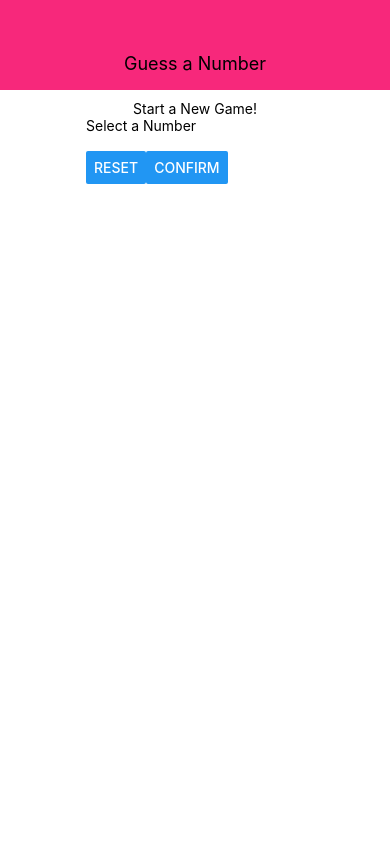
Repository: ChidiChuks/rn-second-project
Screen: / (app in second-project/)
The author's editor kept a copy of each file at every save. The screen is drawn from the files as they stood at one save, then again after the next save.
The app was drawn by React Native's web renderer in a window 390 px wide. The project was rebuilt for these pictures with package versions that can differ from the ones it lists, and the page was loaded fresh each time.

Above is the screen before, as saved 2019-10-23 13:11:29.

### second-project/App.js
import React from 'react';
import { StyleSheet, View } from 'react-native';

import Header from './components/Header';
import StartGameScreen from './screens/StartGameScreen';

export default function App() {
  return (
    <View style={styles.screen}>
      <Header title="Guess a Number" />
      <StartGameScreen />
    </View>
  );
}

const styles = StyleSheet.create({
  screen: {
    flex: 1
  }
});

### second-project/components/Header.js
import React from 'react';
import { View, Text, StyleSheet } from 'react-native';

const Header = props => {
  return (
    <View style={styles.header}>
      <Text style={styles.headerTitle}>{props.title}</Text>
    </View>
  );
};

const styles = StyleSheet.create({
  header: {
    width: '100%',
    height: 90,
    paddingTop: 36,
    backgroundColor: '#f7287b',
    alignItems: 'center',
    justifyContent: 'center'
  },
  headerTitle: {
    color: 'black',
    fontSize: 18,

  }
});

export default Header;

### second-project/screens/StartGameScreen.js
import React from 'react';
import { View, Text, StyleSheet, TextInput, Button } from 'react-native';

const StartGameScreen = props => {
  return (
    <View style={styles.screen}>
      <Text STYLE={StyleSheet.title}>Start a New Game!</Text>
      <View style={styles.inputContainer}>
        <Text>Select a Number</Text>
        <TextInput />
        <View style={styles.buttonContainer}>
          <Button title="Reset" onPress={() => {}} />
          <Button title="Confirm" onPress={() => {}} />
        </View>
      </View>
    </View>
  );
};

const styles = StyleSheet.create({
  screen: {
    flex: 1,
    padding: 10,
    alignItems: 'center'
  },
  title: {
    fontSize: 20,
    marginVertical: 10
  },
  inputContainer: {

  },
  buttonContainer: {
    flexDirection: 'row',
    width: '100%'
  }
});

export default StartGameScreen;

After the next save:
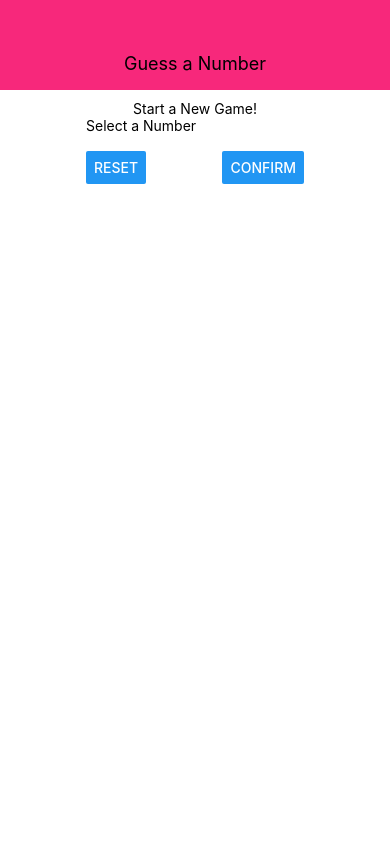
Saved 55 s later.
--- a/second-project/screens/StartGameScreen.js
+++ b/second-project/screens/StartGameScreen.js
@@ -32,7 +32,8 @@ const styles = StyleSheet.create({
   },
   buttonContainer: {
     flexDirection: 'row',
-    width: '100%'
+    width: '100%',
+    justifyContent: 'space-between'
   }
 });
 
